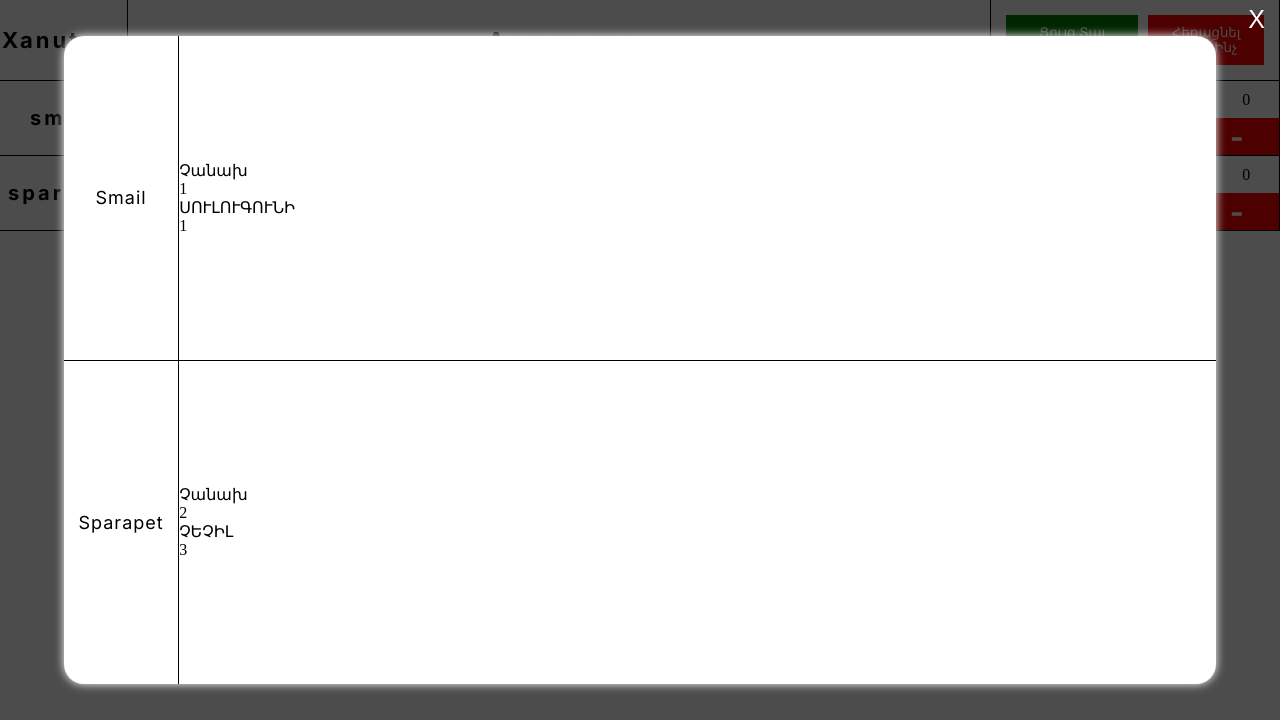
Repository: AbApin/amasia
Page: /
These files come from the project's save history. The page is drawn as it stood at one moment and after a run of saves; the edit follows.
The browser window is 1280 px wide. The pictures show the whole page.
The project was rebuilt for these pictures with package versions that can differ from the ones it lists, and the page was loaded fresh each time. Also part of the build but not shown: vue.config.js.

Above is the page before, as saved 2023-01-28 17:17:49.

### public/index.html
<!DOCTYPE html>
<html lang="">
  <head>
    <meta charset="utf-8" />
    <meta http-equiv="X-UA-Compatible" content="IE=edge" />
    <meta name="viewport" content="width=device-width,initial-scale=1.0" />
    <link rel="icon" href="<%= BASE_URL %>favicon.ico" />
    <title><%= htmlWebpackPlugin.options.title %></title>
    <link
      href="https://fonts.googleapis.com/css?family=Inter:100,200,300,regular,500,600,700,800,900"
      rel="stylesheet"
    />
  </head>
  <body>
    <noscript>
      <strong
        >We're sorry but <%= htmlWebpackPlugin.options.title %> doesn't work properly without
        JavaScript enabled. Please enable it to continue.</strong
      >
    </noscript>
    <div id="app"></div>
    <!-- built files will be auto injected -->
  </body>
</html>

### src/App.vue
<template>
  <div id="app">
    <div class="header">
      <h2 class="xanutnerTitle">Xanutner</h2>
      <h2 class="apranqnerTitle">Apranqner</h2>
      <div class="cuycTal">
        <button class="cuycTalBtn" @click="isClick = true">ցույց տալ ընդհանուրը</button>
        <button class="heracnelBtn">հեռացնել ամեն ինչ</button>
      </div>
      <div v-show="isClick" class="endhanurQanak">
        <button @click="isClick = false" class="closeBtn">X</button>
        <div class="endhanurQanakInner">
          <ul class="endhanurQanakiList">
            <li
              v-for="xanutiAnun in Object.keys(ZAKAZNER)"
              :key="xanutiAnun"
              class="endhanurQanakiListItem"
            >
              <p class="endhanurQanakiListItemXanutiAnun">{{ xanutiAnun }}</p>
              <ul class="endhanurApranqneriList">
                <li
                  v-for="endhanurApranq in ZAKAZNER[xanutiAnun]"
                  :key="endhanurApranq.anun"
                  class="endhanurApranqneriListItem"
                >
                  <p class="endhanurApranqneriListItemAnun">{{ endhanurApranq.anun }}</p>
                  <p class="endhanurApranqneriListItemQanak">{{ endhanurApranq.qanak }}</p>
                </li>
              </ul>
            </li>
          </ul>
        </div>
      </div>
    </div>
    <div class="content">
      <ul class="contentList">
        <li v-for="xanutiAnun in Object.keys(XANUTNER)" :key="xanutiAnun" class="contentItem">
          <p class="xanutiAnun">{{ xanutiAnun }}</p>
          <ul class="apranqneriList">
            <li
              v-for="(apranq, apranqiHamar) in XANUTNER[xanutiAnun]"
              :key="apranqiHamar"
              class="apranqneriListItem"
            >
              <div class="apranqiText">
                <p class="apranqiAnun">{{ apranq.anun }}</p>
                <p class="apranqiQanak">{{ apranq.qanak }}</p>
              </div>
              <div class="apranqiAvelPakas">
                <button class="plus apranqiBtn" @click="AVELACNEL({ xanutiAnun, apranqiHamar })">
                  +
                </button>
                <button class="minus apranqiBtn" @click="PAKASACNEL({ xanutiAnun, apranqiHamar })">
                  -
                </button>
              </div>
            </li>
          </ul>
        </li>
      </ul>
    </div>
  </div>
</template>

<script>
import { mapGetters, mapMutations } from 'vuex';
export default {
  name: 'App',
  components: {},
  data() {
    return {
      isClick: true,
    };
  },
  mounted() {
    console.log(this.ZAKAZNER);
  },
  methods: {
    ...mapMutations(['AVELACNEL', 'PAKASACNEL']),
  },
  computed: {
    ...mapGetters(['XANUTNER', 'ZAKAZNER']),
  },
};
</script>

<style>
*,
*::after,
*::before {
  margin: 0;
  padding: 0;
  box-sizing: border-box;
}
ul {
  list-style: none;
}
#app {
  display: flex;
  flex-direction: column;
  min-height: 100vh;
}
.header {
  display: flex;
  justify-content: space-between;
  width: 100%;
}
.xanutnerTitle {
  width: 10%;
  display: flex;
  align-items: center;
  justify-content: center;
  font-family: 'Inter';
  font-size: 22px;
  font-weight: 700;
  letter-spacing: 3px;
  padding: 20px 30px;
  border: 1px solid #000;
  border-top: 0;
  border-left: 0;
}
.apranqnerTitle {
  width: 75%;
  display: flex;
  align-items: center;
  justify-content: center;
  font-family: 'Inter';
  font-size: 22px;
  font-weight: 700;
  letter-spacing: 3px;
  padding: 20px 30px;
  border: 1px solid #000;
  border-top: 0;
  border-left: 0;
}
.contentList {
  display: flex;
  flex-direction: column;
}
.contentItem {
  display: flex;
  justify-content: space-between;
}
.xanutiAnun {
  display: flex;
  align-items: center;
  justify-content: center;
  width: 10%;
  font-family: 'Inter';
  font-size: 20px;
  font-weight: 700;
  letter-spacing: 3px;
  word-wrap: break-word;
  padding: 20px 30px;
  border: 1px solid #000;
  border-top: 0;
  border-left: 0;
}
.apranqneriList {
  width: 90%;
  display: flex;
  justify-content: space-between;
}
.apranqneriListItem {
  display: flex;
  flex-direction: column;
  flex: 1 1 0;
  border: 1px solid #000;
  border-top: 0;
  border-left: 0;
}
.apranqiText {
  display: flex;
  justify-content: space-between;
  align-items: center;
  height: 50%;
}
.apranqiAnun {
  font-family: 'Inter';
  font-size: 15px;
  font-weight: 500;
  word-wrap: break-word;
  text-align: center;
  width: 60%;
  border-right: 1px solid #000;
}
.apranqiQanak {
  display: flex;
  justify-content: center;
  align-items: center;
  width: 40%;
}
.apranqiAvelPakas {
  display: flex;
  justify-content: space-between;
  width: 100%;
  height: 50%;
}
.apranqiBtn {
  display: inline-flex;
  justify-content: center;
  align-items: center;
  font-family: 'Inter';
  font-size: 30px;
  font-weight: 700;
  letter-spacing: 3px;
  border: none;
  color: #fff;
  width: 50%;
  cursor: pointer;
}
.plus {
  background: green;
}
.minus {
  background: red;
}
.cuycTal {
  width: 25%;
  display: flex;
  align-items: center;
  justify-content: space-between;
  gap: 10px;
  padding: 15px;
  border: 1px solid #000;
  border-left: 0;
  border-top: 0;
}
.heracnelBtn,
.cuycTalBtn {
  display: inline-block;
  padding: 10px;
  border: none;
  color: #fff;
  text-transform: capitalize;
  cursor: pointer;
  transition: all 0.3s linear;
}
.heracnelBtn {
  background: red;
}
.cuycTalBtn {
  background: green;
}

/* endahnur */
.endhanurQanak {
  display: flex;
  justify-content: center;
  align-items: center;
  position: fixed;
  z-index: 999;
  top: 0;
  left: 0;
  width: 100%;
  height: 100%;
  background-color: rgba(0, 0, 0, 0.7);
}
.endhanurQanakInner {
  width: 90%;
  height: 90%;
  background: #fff;
  box-shadow: 0 0 10px #fff;
  border-radius: 20px;
  overflow: auto;
}
.endhanurQanakiList {
  display: flex;
  flex-direction: column;
  justify-content: space-between;
  height: 100%;
}
.endhanurQanakiListItem {
  display: flex;
  align-items: center;
  flex: 1 1 0;
  border-bottom: 1px solid #000;
}
.endhanurQanakiListItem:last-child {
  border-bottom: none;
}
.endhanurQanakiListItemXanutiAnun {
    border-right: 1px solid #000;
    width: 10%;
    display: flex;
    align-items: center;
    justify-content: center;
    height: 100%;
    font-family: 'Inter';
    font-size: 18px;
    letter-spacing: 1px;
    text-transform: capitalize;
}
.closeBtn {
  display: inline-block;
  color: #fff;
  font-size: 25px;
  position: absolute;
  right: 15px;
  top: 5px;
  background: transparent;
  border: none;
  cursor: pointer;
}
</style>

### src/store/index.js
import Vuex from 'vuex';
import Vue from 'vue';

Vue.use(Vuex);

const store = new Vuex.Store({
  state: {
    xanutner: {
      smail: [
        { anun: 'ԼՈՌԻ', qanak: 0 },
        { anun: 'Չանախ', qanak: 1 },
        { anun: 'ՉԵՉԻԼ', qanak: 0 },
        { anun: 'ՍՈՒԼՈՒԳՈՒՆԻ', qanak: 1 },
        { anun: 'lori', qanak: 0 },
        { anun: 'chanax', qanak: 0 },
        { anun: 'ԿԱՐԱԳ', qanak: 0 },
      ],
      sparapet: [
        { anun: 'ԼՈՌԻ', qanak: 0 },
        { anun: 'Չանախ', qanak: 2 },
        { anun: 'ՉԵՉԻԼ', qanak: 3 },
        { anun: 'ՍՈՒԼՈՒԳՈՒՆԻ', qanak: 0 },
        { anun: 'lori', qanak: 0 },
        { anun: 'chanax', qanak: 0 },
        { anun: 'ԿԱՐԱԳ', qanak: 0 },
      ],
    },
  },
  mutations: {
    AVELACNEL(state, payload) {
      state.xanutner[payload.xanutiAnun][payload.apranqiHamar].qanak += 1;
    },
    PAKASACNEL(state, payload) {
      let qanak = state.xanutner[payload.xanutiAnun][payload.apranqiHamar].qanak;
      console.log(qanak);
      if (qanak >= 1) {
        state.xanutner[payload.xanutiAnun][payload.apranqiHamar].qanak -= 1;
      }
    },
  },
  getters: {
    XANUTNER(state) {
      return state.xanutner;
    },
    ZAKAZNER(state) {
      let zakazner = {};
      Object.keys(state.xanutner).forEach((xanut) => {
        zakazner[xanut] = state.xanutner[xanut].filter(function (el) {
          return el.qanak > 0;
        });
        if (zakazner[xanut].length === 0) {
          delete zakazner[xanut];
        }
      });

      return zakazner;
    },
  },
});

export default store;

Loaded but not shown: src/main.js (common file)

After the next 2 saves:
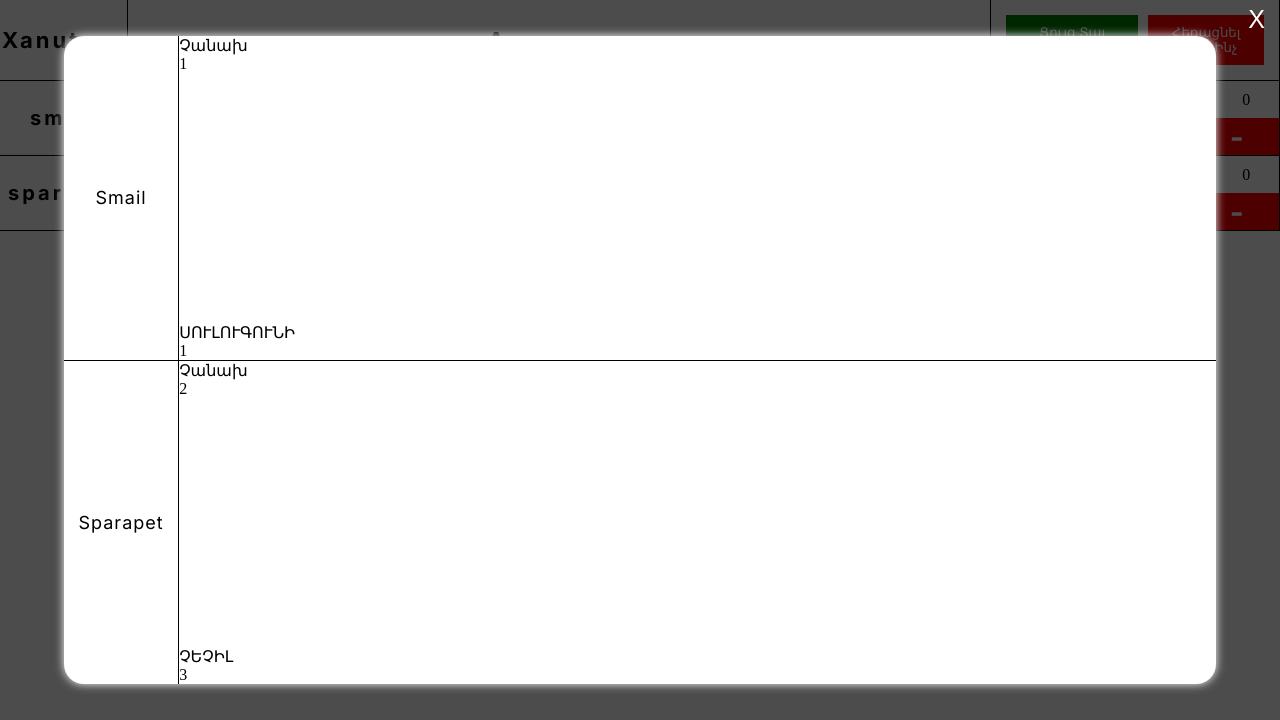
The 2 saves are shown as one change because they came seconds apart.
The last was saved 50 s later.
--- a/src/App.vue
+++ b/src/App.vue
@@ -280,16 +280,22 @@ ul {
   border-bottom: none;
 }
 .endhanurQanakiListItemXanutiAnun {
-    border-right: 1px solid #000;
-    width: 10%;
-    display: flex;
-    align-items: center;
-    justify-content: center;
-    height: 100%;
-    font-family: 'Inter';
-    font-size: 18px;
-    letter-spacing: 1px;
-    text-transform: capitalize;
+  border-right: 1px solid #000;
+  width: 10%;
+  display: flex;
+  align-items: center;
+  justify-content: center;
+  height: 100%;
+  font-family: 'Inter';
+  font-size: 18px;
+  letter-spacing: 1px;
+  text-transform: capitalize;
+}
+.endhanurApranqneriList {
+  height: 100%;
+  display: flex;
+  flex-direction: column;
+  justify-content: space-between;
 }
 .closeBtn {
   display: inline-block;
